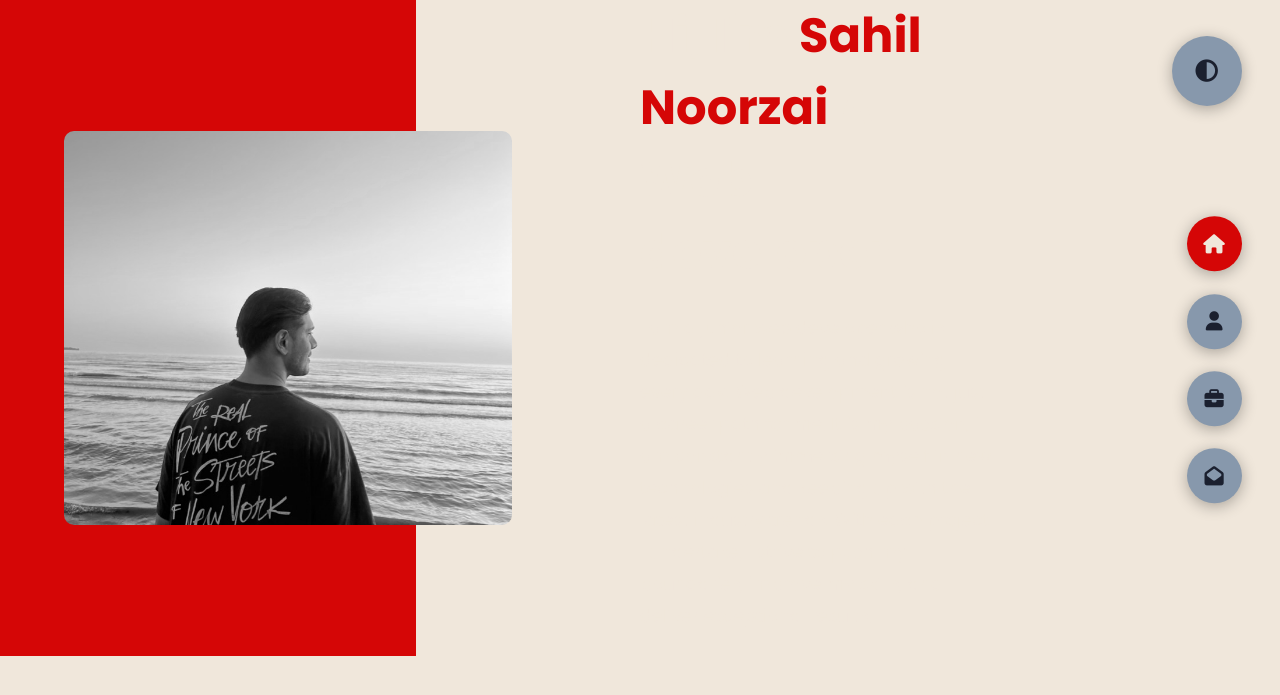
Repository: nftGambler/noorzai-portfolio
Page: index.html
An editor plug-in stored every save of this project. The page is shown before and after the next save, followed by the edit.
The browser window is 1280 px wide. The pictures show the whole page.
After loading, the first visible `div.theme-btn` was clicked once.
The style sheet was rebuilt from its Sass, Less or Tailwind sources for each picture, by a compiler version that may differ from the author's.

Above is the page before, as saved 2023-11-23 21:35:56.

### index.html
<!DOCTYPE html>
<html lang="en">
<head>



  <link rel="stylesheet" href="https://cdnjs.cloudflare.com/ajax/libs/font-awesome/6.4.0/css/all.min.css" integrity="sha512-iecdLmaskl7CVkqkXNQ/ZH/XLlvWZOJyj7Yy7tcenmpD1ypASozpmT/E0iPtmFIB46ZmdtAc9eNBvH0H/ZpiBw==" crossorigin="anonymous" referrerpolicy="no-referrer">
  <link rel="stylesheet" href="/style/styles.css">
  <link rel="preconnect" href="https://fonts.googleapis.com">
  <link rel="preconnect" href="https://fonts.gstatic.com" crossorigin>
  <link href="https://fonts.googleapis.com/css2?family=Poppins:wght@400;500;600;700;800&display=swap" rel="stylesheet">
  <meta charset="UTF-8">
  <meta http-equiv="X-UA-Compatible" content="IE=edge">
  <meta name="viewport" content="width=device-width, initial-scale=1.0">
  <title>Portfolio</title>
</head>
<body class="main-content">

<header class="section sec1 header active" id="home">
  <div class="header-content">
    <div class="left-header">
      <div class="h-shape"></div>
      <div class="image">
        <img src="/images/D34CA683-6714-454B-97C2-18B314A18C3F_1_105_c.jpeg">
      </div>


    </div>
    <div class="right-header">
  <h1 class="name">Hi, I'm <span>Sahil Noorzai</span> A Web developer</h1>
  <p>
    I am a junior web developer who is dedicated to learning and growing
    every day. Web development is not just a career path for me. It is my passion, I am constantly
    immersing myself in new technologies and keeping up with the latest industry trends.
    With each project I undertake, I strive to push my boundaries, improve my skills, and deliver exceptional results.
  </p>

    </div>
  </div>

</header>

<main>
  <section class="section sec2 about" id="about">

    <div class="main-title">
        <h2>About <span>me</span> <span class="bg-text"></span></h2>
    </div>

    <div class="about-container">
      <div class="left-about">
        <h4>Information About me</h4>
        <p>
          As a passionate front-end developer, I have embarked on an inspiring self-taught
          journey for the past 1.5 years. Motivated by deep curiosity for web development and a desire
          to expand my skillset, I have dedicated countless hours to honing my craft independently. Throughout this time,
          I have proactively sought out a diverse range of resources, online tutorials, and coding communities, which have played
          a pivotal role in shaping my expertise. From humble beginnings to successfully completing numerouse personal projects, each step
          of this transformative journey has reinforced my adaptabillity, resourcefulness, and unwavering commitment to excellence in front-end development.
        </p>

        <div class="btn-con">

        </div>

      </div>

      <div class="right-about">
        <div class="about-item">
          <div class="abt-text">
            <p class="large-text">Javascript</p>

          </div>
        </div>
        <div class="about-item">
          <div class="abt-text">
            <p class="large-text">React JS</p>

          </div>
        </div>
        <div class="about-item">
          <div class="abt-text">
            <p class="large-text">HTML/HTML5</p>

          </div>
        </div>
        <div class="about-item">
          <div class="abt-text">
            <p class="large-text">CSS/Tailwind-CSS</p>

          </div>
        </div>
      </div>

    </div>

    <div class="about-stats">
      <h4 class="stat-title">My Skills</h4>
  </section>


  <section class="section sec3 portfolio" id="portfolio">

  <div class="main-title">
      <h2>My <span>Portfolio</span><span class="bg-text"></span></h2>
  </div>
  <p class="port-text">
    Several hands-on projects from reputable online courses and tutorials.
  </p>

<div class="portfolios">



  <div class="portfolio-item">
    <div class="image">
      <img src="/images/pngwing.com-3.png" alt="">
    </div>
    <div class="hover-items">

      <h3>Project Source</h3>
      <div class="icons">
        <a class="icon" href="https://countriesrestapiproject.netlify.app" target="_blank">
          <i class="fab fa-github"></i>
        </a>
      </div>

    </div>


  </div>


  <div class="portfolio-item">
    <div class="image">
      <img src="/images/crypto.png" alt="">
    </div>
    <div class="hover-items">

      <h3>Project Source</h3>
      <div class="icons">
        <a class="icon" href="https://crypto-project-portfolio.netlify.app" target="_blank">
          <i class="fab fa-github"></i>
        </a>
      </div>

    </div>


  </div>





  <div class="portfolio-item">
    <div class="image">
      <img src="/images/6831872.png" alt="">
    </div>
    <div class="hover-items">

      <h3>Project Source</h3>
      <div class="icons">
        <a class="icon" href="https://nftgambler.github.io/Game/" target="_blank">
          <i class="fab fa-github"></i>
        </a>
      </div>

    </div>


  </div>


  <div class="portfolio-item">
    <div class="image">
      <img src="/images/pngwing.com (1).png" alt="">
    </div>
    <div class="hover-items">

      <h3>Project Source</h3>
      <div class="icons">
        <a class="icon" href="https://amazon-portfolio-project.netlify.app/" target="_blank">
          <i class="fab fa-github"></i>
        </a>
      </div>

    </div>


  </div>


  <div class="portfolio-item">
    <div class="image">
      <img src="/images/youtube-logo-png-2067.png" alt="">
    </div>
    <div class="hover-items">

      <h3>Project Source</h3>
      <div class="icons">
        <a class="icon" href="https://youtube-portfolio-project.netlify.app" target="_blank">
          <i class="fab fa-github"></i>
        </a>
      </div>

    </div>


  </div>




  <div class="portfolio-item">
    <div class="image">
      <img src="/images/icons8-pair-app-500.png" alt="">
    </div>
    <div class="hover-items">

      <h3>Project Source</h3>
      <div class="icons">
        <a class="icon" href="https://small-api-project.netlify.app" target="_blank">
          <i class="fab fa-github"></i>
        </a>
      </div>

    </div>


  </div>
</div>


  </section>


  <section class="section sec5 contacts" id="contact">

    <div class="contact-container">
      <div class="main-title">
        <h2>Contact<span>Me</span><span class="bg-text"></span></h2>
      </div>
      <div class="contact-content-container">
        <div class="left-contact">

          <div class="contact-info">
            <div class="contact-item">
              <div class="icon">
                <i class="fas fa-envelope"></i>
                <span>Email</span>
              </div>
              <p>
                <span>sharo.s.n@hotmail.com</span>
              </p>
            </div>

            <div class="contact-item">
              <div class="icon">
                <i class="fas fa-user-graduate"></i>
                <span>Mobile Number</span>
              </div>
              <p>
                <span>438-528-6982</span>
              </p>
            </div>


            <div class="contact-item">
              <div class="icon">
                <i class="fas fa-map-marker-alt"></i>
                <span>Location</span>
              </div>
              <p>
                <span>
                  Montreal, Canada
                </span>
              </p>
            </div>


            <div class="contact-item">
              <div class="icon">
                <i class="fa-solid fa-globe"></i>
                <span>Languages</span>
              </div>
              <p>
                <span>
                  German, Persian, English
                </span>
              </p>
            </div>
          </div>



        </div>



          <div class="right-contact">

            <form action="mailto:sharo.s.n@hotmail.com" method="post" enctype="text/plain">
              <div class="form-group">
                <label for="name">Name:</label>
                <input class="input-control" type="text" id="name" name="name" required>
              </div>
              <div class="form-group">
                <label for="email">Email:</label>
                <input class="input-control" type="email" id="email" name="email" required>
              </div>
              <div class="form-group">
                <label for="message">Message:</label>
                <textarea class="input-control" id="message" name="message" rows="4" required></textarea>
              </div>
              <button class="submit-btn" type="submit">Send</button>
            </form>
          </div>




      </div>

    </div>

  </section>


</main>


<div class="controlls">
  <div class="control control-1 active-btn" data-id="home">
    <i class="fas fa-house"></i>
  </div>
  <div class="control control-2" data-id="about">
    <i class="fas fa-user"></i>
  </div>
  <div class="control control-3" data-id="portfolio">
    <i class="fas fa-briefcase"></i>
  </div>
  <div class="control control-5" data-id="contact">
    <i class="fas fa-envelope-open"></i>
  </div>
</div>

<div class="theme-btn">
  <i class="fas fa-adjust"></i>
</div>




<script src="/app.js"></script>
</body>
</html>

### app.js
const sections = document.querySelectorAll(".section");
const sectBtns = document.querySelectorAll(".controlls");
const allSections = document.querySelectorAll(".main-content");

function PageTransition() {
  // Button click active class
  const sectBtn = document.querySelectorAll(".control");

  for (let i = 0; i < sectBtn.length; i++) {
    sectBtn[i].addEventListener('click', function(){
      let currentBtn = document.querySelector('.active-btn');
      if (currentBtn) {
        currentBtn.classList.remove('active-btn');
      }
      this.classList.add('active-btn');
    });

  }

  allSections.forEach((section) => {
    section.addEventListener('click', (e) => {
      const id = e.target.dataset.id;
      if (id) {
        sectBtns.forEach((btn) => {
          btn.classList.remove('active');
        });
        e.target.classList.add('active');

        sections.forEach((section) => {
          section.classList.remove('active');
        });
        const element = document.getElementById(id);
        element.classList.add('active');
      }
    });
  });
  //Toggle theme
  const themeBtn = document.querySelector('.theme-btn');
  themeBtn.addEventListener('click', () => {
    let element = document.body;
    element.classList.toggle('light-mode')
  })
}

PageTransition();

### style/styles.scss


* {
  margin: 0;
  padding: 0;
  box-sizing: border-box;
  list-style: none;
}


:root {
  --color-primary: #191d2d;
  --color-secondary: #d50606;
  --color-white: #FFFFFF;
  --color-black: #000;
  --color-grey0: #f8f8f8;
  --color-grey-1: #dbe1e8;
  --color-grey-2: #b2becd;
  --color-grey-3: #6c7983;
  --color-grey-4: #454e56;
  --color-grey-5: #2a2e35;
  --color-grey-6: #12181b;
  --br-sm-2: 14px;
  --box-shadow-1: 0 3px 15px rgba(0,0,0,.3)
}

.light-mode{
  --color-primary: rgb(240,231,219);
  --color-secondary: #d50606;
  --color-white: rgb(240,231,219);
  --color-black: #000;
  --color-grey0: #f8f8f8;
  --color-grey-1:rgb(27,32,47);
  --color-grey-2: rgb(27,32,47);
  --color-grey-3: rgb(27,32,47);
  --color-grey-4: rgb(135, 152, 172);
  --color-grey-5:  #b2becd;
  --color-grey-6: #12181b;
}



body {
  background-color: var(--color-primary);
  font-size: 1.1rem;
  font-family: 'Poppins', sans-serif;
  color: var(--color-white);
  transition: all .4s ease-in-out;
}

a{
  display: inline-block;
  text-decoration: none;
  color: inherit;
  font-family: inherit;
}

header {
  min-height: 100vh;
  color: var(--color-white);
  overflow: hidden;
}

section {
  min-height: 100vh;
  width: 100%;
  position: absolute;
  left: 0;
  top: 0;
  padding: 3rem 18rem;
}


.section{
  transform: translateY(-100);
  transition: all .4s ease-in-out;
  background-color: var(--color-primary);
}

.sec1{
  display: none;
  transform: translateY(0) scale(1);

}

.sec2{
  display: none;
  transform: translateY(0) scale(1);
}

.sec3{
  display: none;
  transform: translateY(0) scale(1);
}

.sec4{
  display: none;
  transform: translateY(0) scale(1);
}

.sec5{
  display: none;
  transform: translateY(0) scale(1);
}

.active{
  display: block;
  animation: scaleAnim 1s ease-in-out;
  @keyframes scaleAnim {
    0%{
      transform: translateY(-100%) scale(0)
    }

     100%{
      transform: translateY(0) scaleY(1);
     }

  }
}


//controls

.controlls{
  position: fixed;
  z-index: 10;
  top: 50%;
  right: 3%;
  display: flex;
  flex-direction: column;
  align-items: center;
  justify-content: center;
  transform: translateY(-50%);



  .active-btn{
    background-color: var(--color-secondary) !important;
    transition: all .4s ease-in-out;
    i{
      color: var(--color-white) !important;
    }
  }

  .control {
    padding: 1rem;
    cursor: pointer;
    background-color: var(--color-grey-4);
    width: 55px;
    height: 55px;
    border-radius: 50%;
    display: flex;
    justify-content: center;
    align-items: center;
    margin: .7rem 0;
    box-shadow: var(--box-shadow-1);
    i{
      font-size: 1.2rem;
      color: var(--color-grey-2);
      pointer-events: none;
    }
  }
}


.theme-btn{
top: 5%;
right: 3%;
width: 70px;
height: 70px;
border-radius: 50%;
background-color: var(--color-grey-4);
cursor: pointer;
position: fixed;
display: flex;
justify-content: center;
align-items: center;
box-shadow: 0 3px 15px rgba(0,0,0,.3);
transition: all .1s ease-in-out;
&:active{
  transform: translateY(-5px);
}
i{
  font-size: 1.4rem;
  color: var(--color-grey-2);
  pointer-events: none;
}
}




.header-content {
  display: grid;
  grid-template-columns: repeat(2, 1fr);
  min-height: 100%;
  .left-header {
    display: flex;
    align-items: center;
    position: relative;
    .h-shape {
      transition: all .4s ease-in-out;
      width: 65%;
      height: 100%;
      background-color: var(--color-secondary);
      position: absolute;
      left: 0;
      top: 0;
      z-index: -1;
      // clip-path: polygon(0 0, 56% 0, 76% 100%, 18% 100%);


    }
    .image {
      border: var(--br-sm-2);
      height: 60%;
      width: 70%;
      margin-left: 4rem;
      // background-color: var(--color-black);
      transition: all .4s ease-in-out;
      border-radius: 10px;
      img {
        width: 100%;
        height: 100%;
        object-fit: cover;
        transition: all .4s ease-in-out;
        border-radius: 10px;


        filter: grayscale(100%);
        &:hover {
          filter: grayscale(0);
        }
      }
    }
  }


  .right-header {
    display: flex;
    flex-direction: column;
    justify-content: center;
    padding-right: 18rem;
    .name {
      font-size: 3rem;

      span{
        color: var(--color-secondary);
      }
    }
    p{
      margin: 1.5rem 0;
      line-height: 2rem;
    }
  }
}



//About

.about-container{
  display: grid;
  grid-template-columns: repeat(2, 1fr);
  padding-top: 3.5rem;
  padding-bottom: 5rem;
  .right-about {
    display: grid;
    grid-template-columns: repeat(2, 1fr);
    grid-gap: 2rem;
    .about-item {
      border: 1px solid var(--color-grey-5);
      border-radius: 5px;
      transition: all .4s ease-in-out;
      box-shadow: 1px 2px 15px rgba(0,0,0,.1);
      &:hover {
        cursor: default;
        transform: translateY(-5px);
        border: 1px solid var(--color-secondary);
        box-shadow: 1px 2px 15px rgba(0,0,0,.32);

      }
      .abt-text{
        padding: 1.5rem;
        display: flex;
        flex-direction: column;
        .large-text{
          margin: auto;
          font-size: 2.5rem;
          font-weight: 700;
          color: var(--color-secondary);
        }
        .small-text{
          padding-left: 3rem;
          position: relative;
          text-transform: uppercase;
          font-size: 1.2rem;
          color: var(--color-grey-1);
          letter-spacing: 2px;
          &::before{
            content: '';
            position: absolute;
            left: 0;
            top: 15px;
            width: 2rem;
            height: 2px;
            background-color: var(--color-grey-5);
          }
        }
      }
    }
  }


  .left-about{
    padding-right: 5rem;
    p{
      line-height: 2rem;
      padding: 1rem;
      color: var(--color-grey-1);
    }
    h4{
      font-size: 2rem;
      text-transform: uppercase;
    }
  }
}


.stat-title {
  text-transform: uppercase;
  font-size: 1.4rem;
  text-align: center;
  padding: 3.5rem 0;
  position: relative;
  // gray line
  &::before{
    content: '';
    position: absolute;
    left: 50%;
    top: 0;
    width: 40%;
    height: 1px;
    background-color: var(--color-grey-5);
    transform: translateX(-50%);
  }
}







//Contact section

.contact-content-container {

  display: flex;
  padding-top: 3.5rem;
  flex-direction: column;
  .left-contact {
    flex: 2;
    h4{
      margin-top: 1rem;
      font-size: 2rem;
      text-transform: uppercase;
    }
    p {
      margin: 1rem 0;
      line-height: 2rem;
    }

    .contact-info{
      .contact-item{
        display: flex;
        align-items: center;
        justify-content: space-between;


        p{
          margin: .3rem 0 !important;
          padding: 0 !important;
        }
        .icon{
          display: grid;
          grid-template-columns: 40px 1fr;
          i{
            display: flex;
            align-items: center;
            font-size: 1.3rem;
          }
        }
      }
    }
    .contact-icon{
      display: flex;
      margin: 2rem;

    }
  }

  .right-contact {
    display: flex;
    flex-direction: column;
    max-width: 500px;
    margin-top: 10rem;


    .input-control {

      background-color: var(--color-grey-5);
      border: none;
      border-radius: 30px;
      font-weight: inherit;
      font-size: inherit;
      font-family: inherit;
      padding: .8rem 1.1rem;
      outline: none;
      width: 100%;
      color: var(--color-white);
      resize: none;
    }
  }

  .submit-btn{

        display: flex;
        justify-content: flex-start;
        padding: .4rem 2rem;
        border-radius: 20px;
        border: none;
        background-color: var(--color-grey-5);
        color: white;
      }



}









/*Independent components*/
.btn-con{
  display: flex;
  align-self: flex-start;
}
.main-btn {
  border-radius: 30px;
  color: inherit;
  font-weight: 600;
  position: relative;
  border: 1px solid var(--color-secondary);
  display: flex;
  align-self: flex-start;
  align-items: center;
  overflow: hidden;
  .btn-text {
    padding: 0 2rem;
  }
  .btn-icon{
    background-color: var(--color-secondary);

    display: flex;
    align-items: center;
    justify-self: center;
    border-radius: 50%;
    padding: 1rem;
  }


  .submit-button{
    background-color: transparent;
    color: white;
    border: none;
  }

  &::before{
    content: '';
    position: absolute;
    top: 0;
    right: 0;
    transform: translateX(100%);
    transition: all .4s ease-in-out;
    z-index: -1;
  }

  &:hover{
    &::before{
      width: 100%;
      height: 100%;
      background-color: var(--color-secondary);
      transform: translateX(0);
    }
  }
}


.main-title {
  text-align: center;
  h2{
    position: relative;
    text-transform: uppercase;
    font-size: 4rem;
    font-weight: 700;

    span{
      color: var(--color-secondary);
    }

    .bg-text{
      position: absolute;
      top: 50%;
      left: 50%;
      color: var(--color-grey-5);
      transition: all .4s ease-in-out;
      z-index: -1;
      transform: translate(-50%, -50%);
      font-weight: 800;
      font-size: 6.3rem;
    }

  }
}




.port-text{
  padding: 2rem 0;
  text-align: center;
  color: var(--color-grey-3);
}

.portfolios{
  display: grid;
  grid-template-columns: repeat(3, 1fr);
  grid-gap: 2rem;
  margin-top: 3rem;
  .portfolio-item{
    position: relative;
    img{
      width: 80%;
      height: 100%;
      object-fit: cover;
    }
    .hover-items{
      width: 100%;
      height: 100%;
      background-color: var(--color-secondary);
      position:absolute;
      left: 0;
      top: 0;
      border-radius: 15px;
      display: flex;
      justify-content: center;
      align-items: center;
      flex-direction: column;
      //to change the background to default
      opacity: 0;
      transform: scale(0);
      transition: all .4s ease-in-out;
      h3{
        font-size: 1rem;
        margin-bottom: 1rem;
        color: var(--color-white);
      }
      .icons {
        display: flex;
        justify-content: center;
        align-items: center;
        .icon{
          background-color: var(--color-primary);
          border-radius: 50%;
          width: 50px;
          height: 50px;
          display: flex;
          align-items: center;
          justify-content: center;
          margin: 0 1rem;
          cursor: pointer;
          transition: all .4s ease-in-out;

          i{
            font-size: 1rem;
            color: var(--color-white);
            margin: 0 1rem;
          }
          &:hover {
            background-color: var(--color-white);
            i{
              color: var(--color-primary);
            }
          }
        }


      }
    }
  }
}


.portfolio-item:hover .hover-items{
  opacity: 1;
  transform: scale(1);
}

@import './media';

### style/_media.scss

@media screen and (max-width: 600px) {

  .about-container{


    .right-about{
      padding-top: 2.5rem;
      grid-template-columns: 1fr;
    }

    .left-about{
      padding-right: 0;
      p{
        padding-left: 0;

      }
    }
  }

}

@media screen and (max-width: 900px){
  header{
    padding: 0;
  }
  header .right-header{
    padding: 2rem !important;
  }

.theme-btn{
  width: 50px;
  height: 50px;
}

.header-content {
  grid-template-columns: 1fr;
  padding-bottom: 6rem;
}

.left-header{
  .h-shape{
    display: none;
  }
}

.right-header{
  grid-row: 1;
  width: 90%;
  margin: 0 auto;
  .name{
    font-size: 2.5rem !important;
  }
}

.header-content .left-header .image {
  margin: 0 auto;
  width: 90%;
  height: 100%;
}

.about-container{
  grid-template-columns: 1fr;
  .right-about{
    padding-top: 2.5rem;
  }

  .left-about{
    padding-right: 0;
    p{
      padding-left: 0;
    }
  }
}

.about-stats{
  .progress-bars{
    grid-template-columns: 1fr;
  }
}

.portfolios{
  grid-template-columns: 1fr 1fr;
  padding-bottom: 2rem;

}


.contact-content-container{

  flex-direction: column;
  .right-contact{
    margin-left: 0;
    margin-top: 2.5rem;
  }
}


.section{
  padding: 2rem 2.5rem !important;
}

.main-title{
  h2{
    font-size: 2rem;
    span{
      font-size: 1.5rem;
    }
    .bg-text{
      font-size: 3rem;
    }
  }
}


  .controlls{
    top: auto;
    bottom: 0;
    flex-direction: row;
    justify-content: center;
    left: 50%;
    transform: translateX(-50%);
    width: 100%;
    background-color: var(--color-grey-5);
    .control{
      margin: 1rem .3rem;
    }
  }
}





@media screen and (max-width: 1900px){

  .about-container{
    grid-template-columns: 1fr;
    .right-about{
      padding-top: 2.5rem;

    }

    .left-about{
      padding-right: 0;
      p{
        padding-left: 0;
      }
    }
  }

  .about-stats{
    .progress-bars{
      grid-template-columns: 1fr;
    }
  }



  .main-title{
    h2{
      font-size: 1rem;

      span{
        font-size: 2rem;
      }
      .bg-text{
        display: none;
      }
    }
  }



.contact-content-container{
  flex-direction: column;

  .right-contact{
    margin-left: 0;
    margin-top: 2.5rem;

  }
}

}

After the next save:
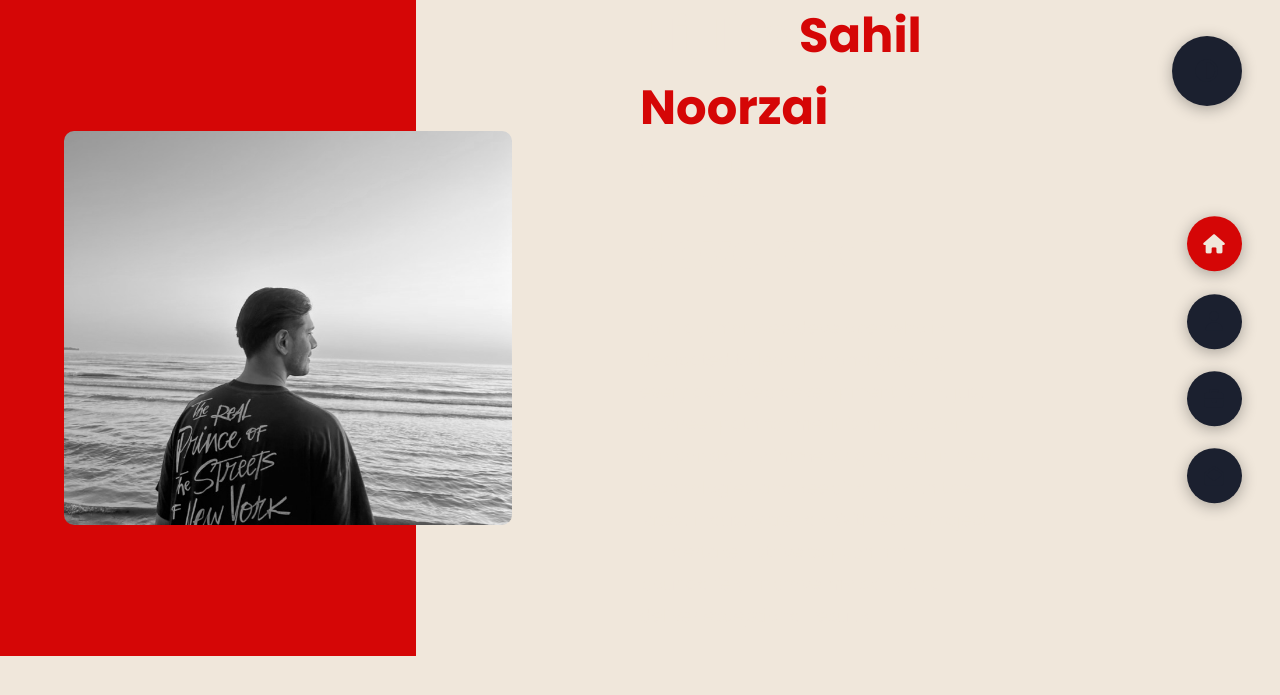
Saved 23 s later.
--- a/style/styles.scss
+++ b/style/styles.scss
@@ -33,8 +33,8 @@
   --color-grey-1:rgb(27,32,47);
   --color-grey-2: rgb(27,32,47);
   --color-grey-3: rgb(27,32,47);
-  --color-grey-4: rgb(135, 152, 172);
-  --color-grey-5:  #b2becd;
+  --color-grey-4: rgb(27,32,47);
+  --color-grey-5:  rgb(27,32,47);
   --color-grey-6: #12181b;
 }
 
